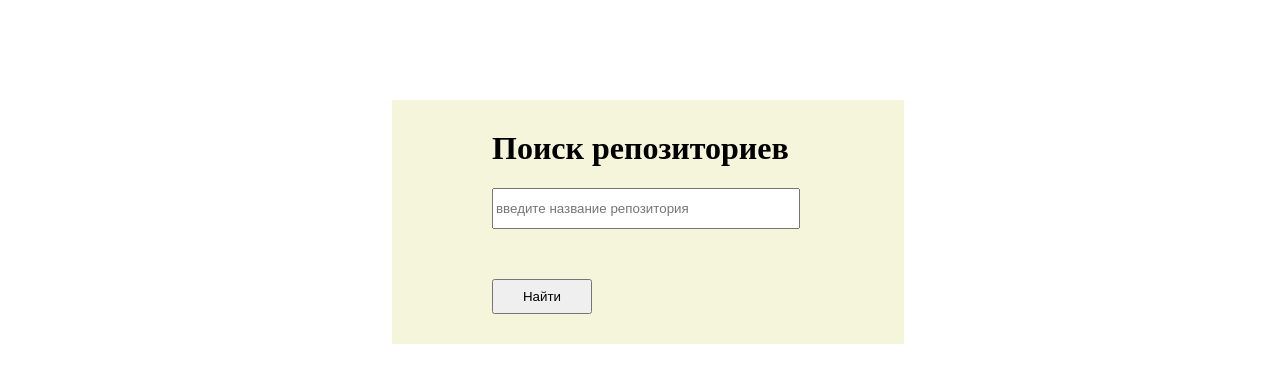
Repository: Grid-Master/repositoriesSearch
Page: index.html
An editor plug-in stored every save of this project. The page is shown before and after the next save, followed by the edit.
The browser window is 1280 px wide. The pictures show the whole page.

Above is the page before, as saved 2023-03-06 01:05:12.

After the next save:
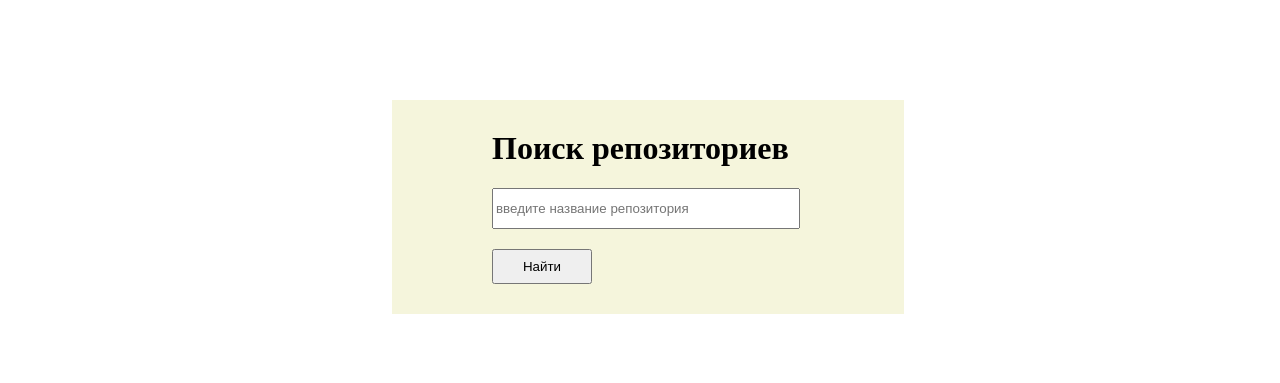
Saved 55 s later.
--- a/index.html
+++ b/index.html
@@ -17,7 +17,7 @@
       input {
         width: 300px;
         height: 35px;
-        margin-bottom: 50px;
+        margin-bottom: 20px;
         margin-right: 30px;
       }
       ul {
